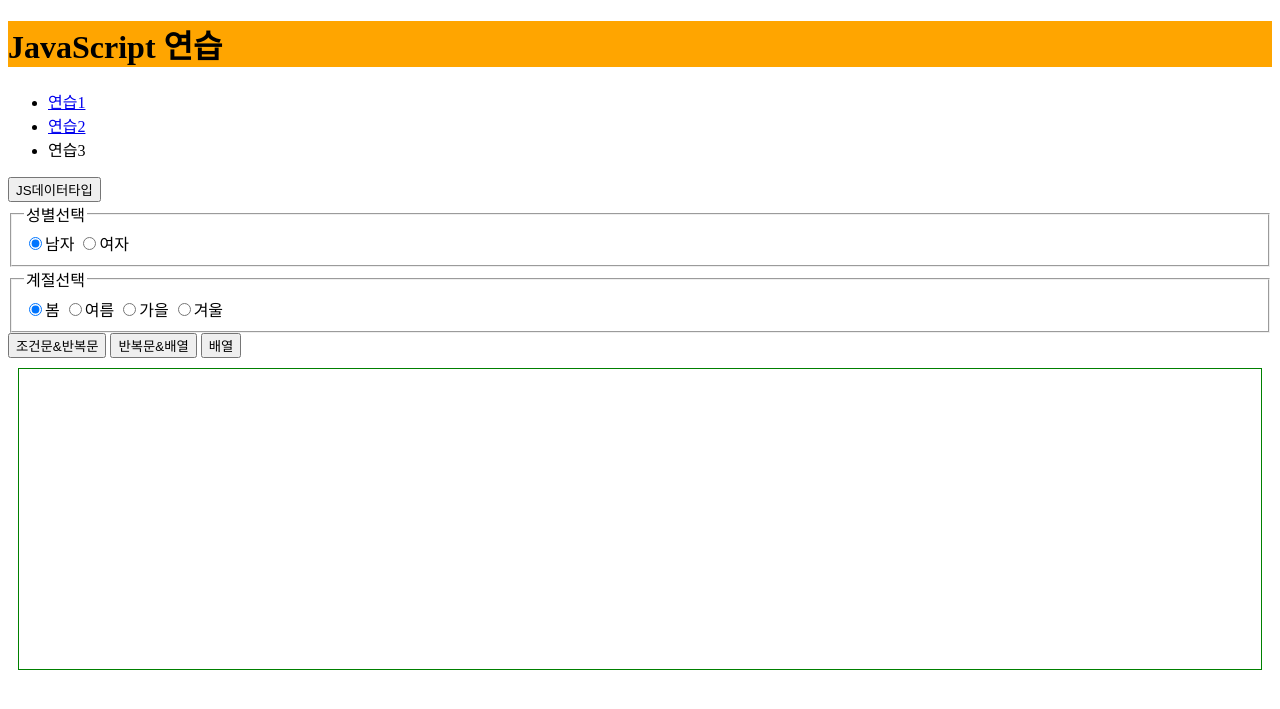
Repository: 753kg/753kg.github.io
Page: KOSTA/webProject/WebContent/day0406/review.html
An editor plug-in stored every save of this project. The page is shown before and after the next save, followed by the edit.
The browser window is 1280 px wide. The pictures show the whole page.

Above is the page before, as saved 2021-04-06 01:36:42.

After the next save:
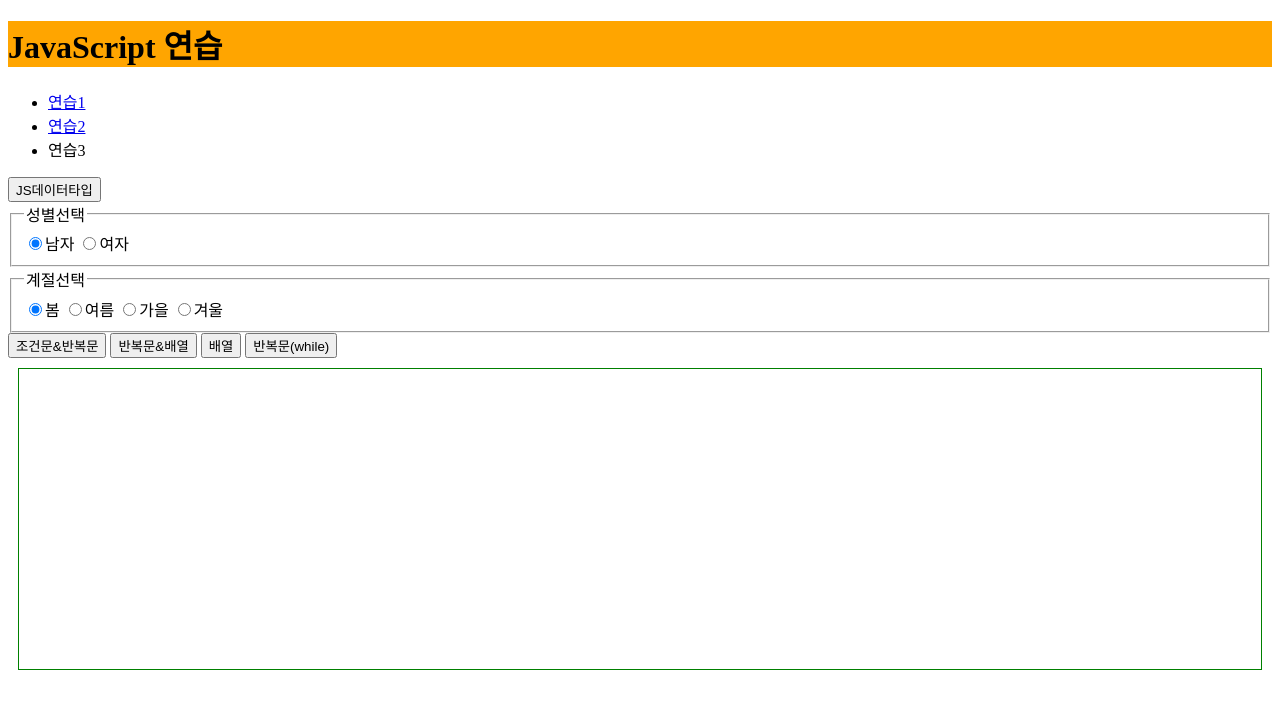
Console error: ReferenceError: f5 is not defined
Saved 2 min 16 s later.
--- a/KOSTA/webProject/WebContent/day0406/review.html
+++ b/KOSTA/webProject/WebContent/day0406/review.html
@@ -36,6 +36,7 @@
 		btn2.onclick = call3;
 		btn3.onclick = f3;
 		btn4.onclick = f4;
+		btn5.onclick = f5;
 	}
 
 	function call2(){
@@ -132,6 +133,7 @@
 				<button id="btn2">조건문&반복문</button>
 				<button id="btn3">반복문&배열</button>
 				<button id="btn4">배열</button>
+				<button id="btn5">반복문(while)</button>
 			</section>
 			<section>
 			</section>

After the 6 saves that followed:
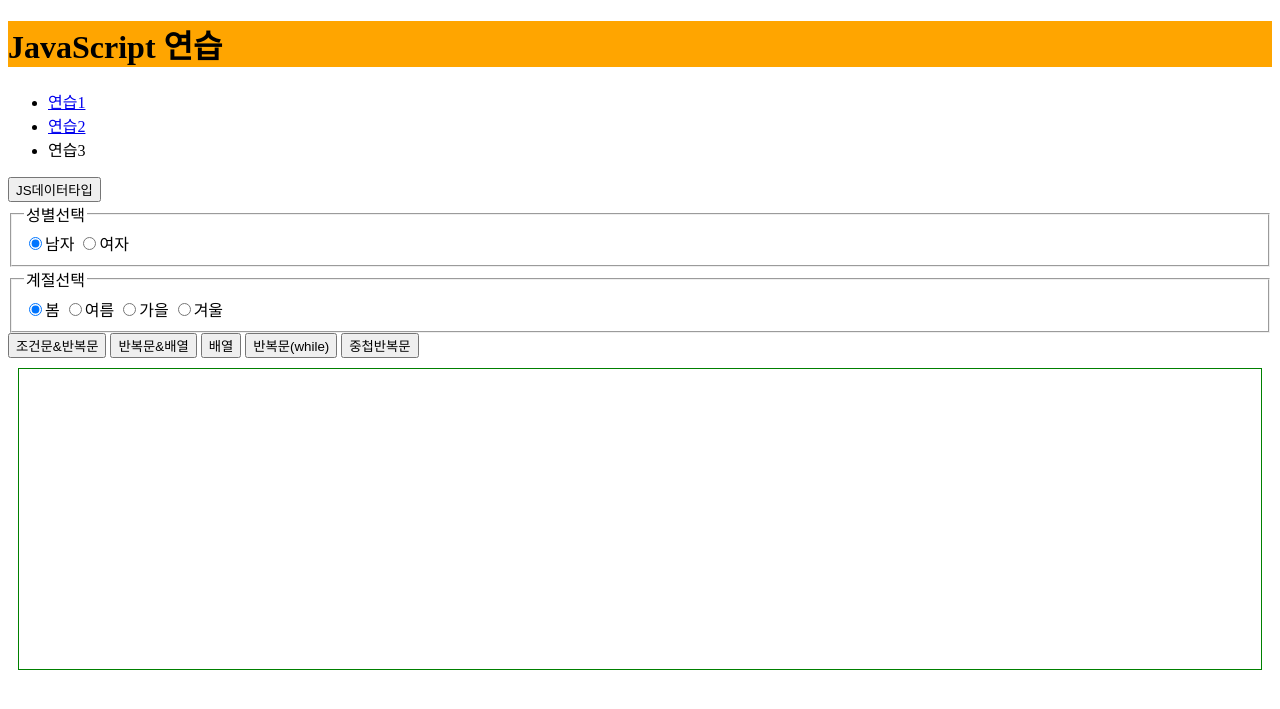
The error is gone.
The 6 saves are shown as one change because 5 left the picture as it was.
The last was saved 8 min 51 s later.
--- a/KOSTA/webProject/WebContent/day0406/review.html
+++ b/KOSTA/webProject/WebContent/day0406/review.html
@@ -100,6 +100,18 @@
 		here.innerHTML = arr;		// 자동으로 toString됨
 	}
 
+	function f5(){
+		var currentTime = new Date().getTime();	//함수시작한시각
+		var value = 0;
+		// 1초동안 loop을 돌기
+					// 현재시간 얻기							// 시작하고 1초뒤까지
+		while(new Date().getTime() < currentTime+1000){
+			value ++;
+			console.log(value);
+		}
+		here.innerHTML = `1초동안 누적한 값 : ${value}`;
+
+	}
 
 </script>
 </head>
@@ -134,6 +146,7 @@
 				<button id="btn3">반복문&배열</button>
 				<button id="btn4">배열</button>
 				<button id="btn5">반복문(while)</button>
+				<button id="btn6">중첩반복문</button>
 			</section>
 			<section>
 			</section>
